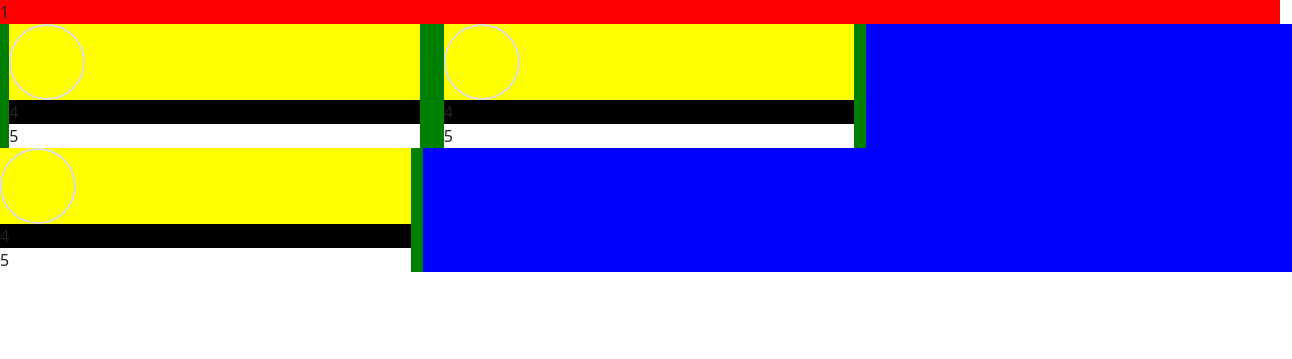
Repository: NguyenDo13/BE2-NhomH
Page: module-9/index/index.html
An editor plug-in stored every save of this project. The page is shown before and after the next save, followed by the edit.
The browser window is 1280 px wide. The page is 1292 px wide, so the pictures cover 1292 px, including what lies to the right of the window. The pictures show the whole page.

Above is the page before, as saved 2022-05-15 10:43:36.

After the next save:
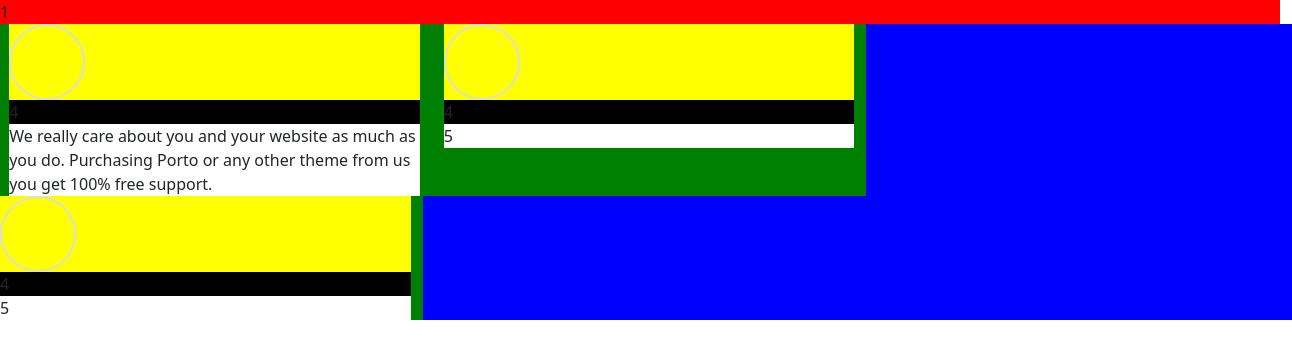
Saved 3 min 2 s later.
--- a/module-9/index/index.html
+++ b/module-9/index/index.html
@@ -24,7 +24,7 @@
                         </div>
                     </div>
                     <div class="portoheader">4</div>
-                    <div class="portodescription">5</div>
+                    <div class="portodescription">We really care about you and your website as much as you do. Purchasing Porto or any other theme from us you get 100% free support.</div>
                 </div>
             </div>
             <div class="vc_column_container col-md-4">
